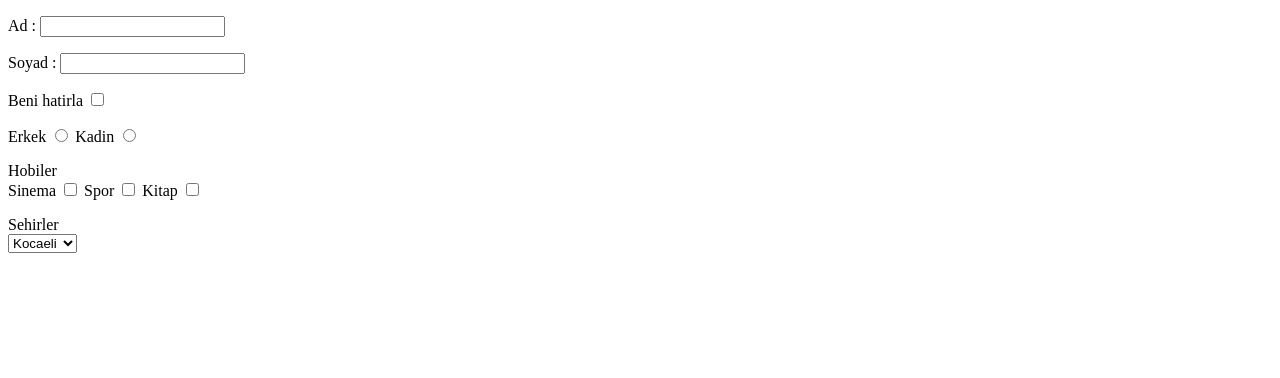
Repository: sammkrt/git101
Page: html-css-TrainingMyself/forms.html
The author's editor kept a copy of each file at every save. The page is drawn from the files as they stood at one save, then again after the next save.
The browser window is 1280 px wide. The pictures show the whole page.

Above is the page before, as saved 2022-12-22 12:29:19.

### html-css-TrainingMyself/forms.html
<!DOCTYPE html>
<html lang="en">
<head>
    <meta charset="UTF-8">
    <meta http-equiv="X-UA-Compatible" content="IE=edge">
    <meta name="viewport" content="width=device-width, initial-scale=1.0">
    <title>Forms</title>
</head>
<body>
    <form>
        <p>
            Ad : <input type="text" name="ad">
        </p>
        <p>Soyad : <input type="text" name="Soyad">
        </p>
        <p>
            Beni hatirla <input type="checkbox" name="beniHatirla">
        </p>
        <p>
            Erkek <input type="radio" name="Cinsiyet">
            Kadin <input type="radio" name="Cinsiyet">
        </p>
        <p>
            Hobiler <br>
            Sinema <input type="checkbox" name="hobiler">
            Spor <input type="checkbox" name="hobiler">
            Kitap <input type="checkbox" name="hobiler">
        </p>
        <p>
            Sehirler
            <br>
            <select name="Sehir">
                <option>Kocaeli</option>
                <option>Istanbul</option>
                <option>Ankara</option>
            </select>

        </p>




    </form>
</body>
</html>

After the next save:
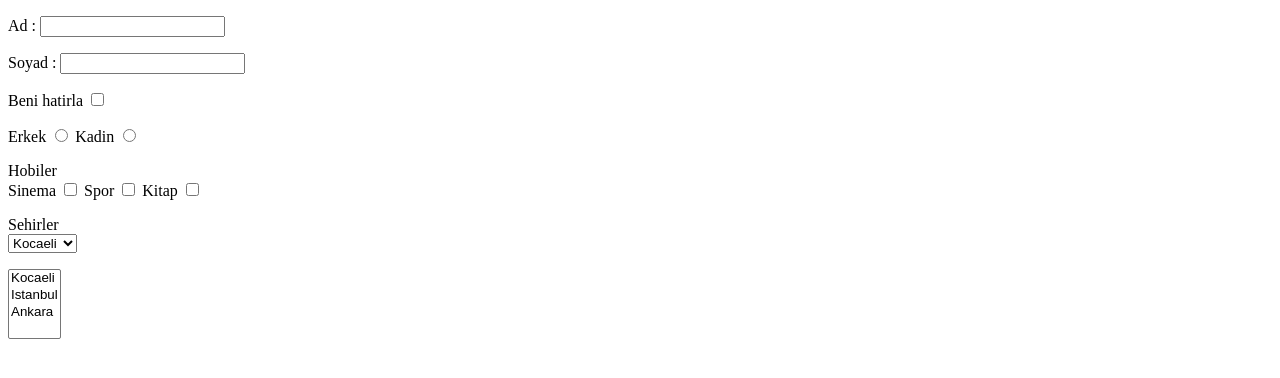
Saved 64 s later.
--- a/html-css-TrainingMyself/forms.html
+++ b/html-css-TrainingMyself/forms.html
@@ -34,7 +34,13 @@
                 <option>Istanbul</option>
                 <option>Ankara</option>
             </select>
-
+        </p>
+        <p>
+            <select multiple>
+                <option>Kocaeli</option>
+                <option>Istanbul</option>
+                <option>Ankara</option>
+            </select>
         </p>
 
 
